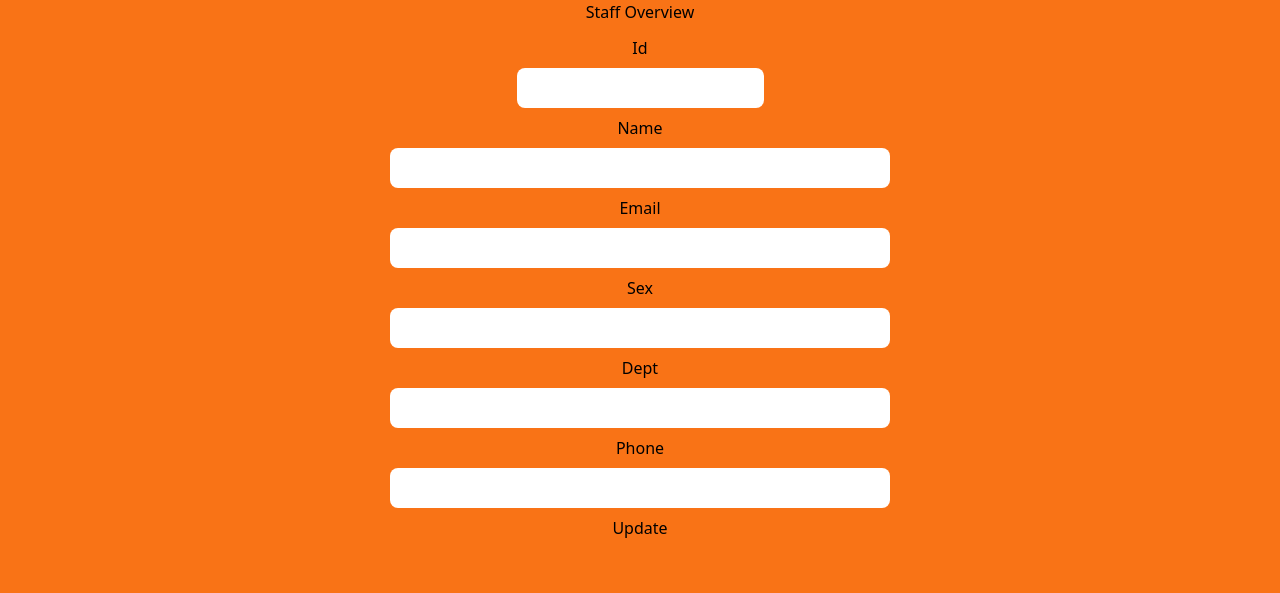
Repository: Semanmernstack/crud
Page: /employee/create
These files come from the project's save history. The page is drawn as it stood at one moment and after the next save; the edit follows.
The browser window is 1280 px wide. The pictures show the whole page.
The project was rebuilt for these pictures with package versions that can differ from the ones it lists, and the page was loaded fresh each time. Also part of the build but not shown: src/List.js, src/Details.js, src/Edit.js.

Above is the page before, as saved 2022-12-24 01:47:21.

After the next save:
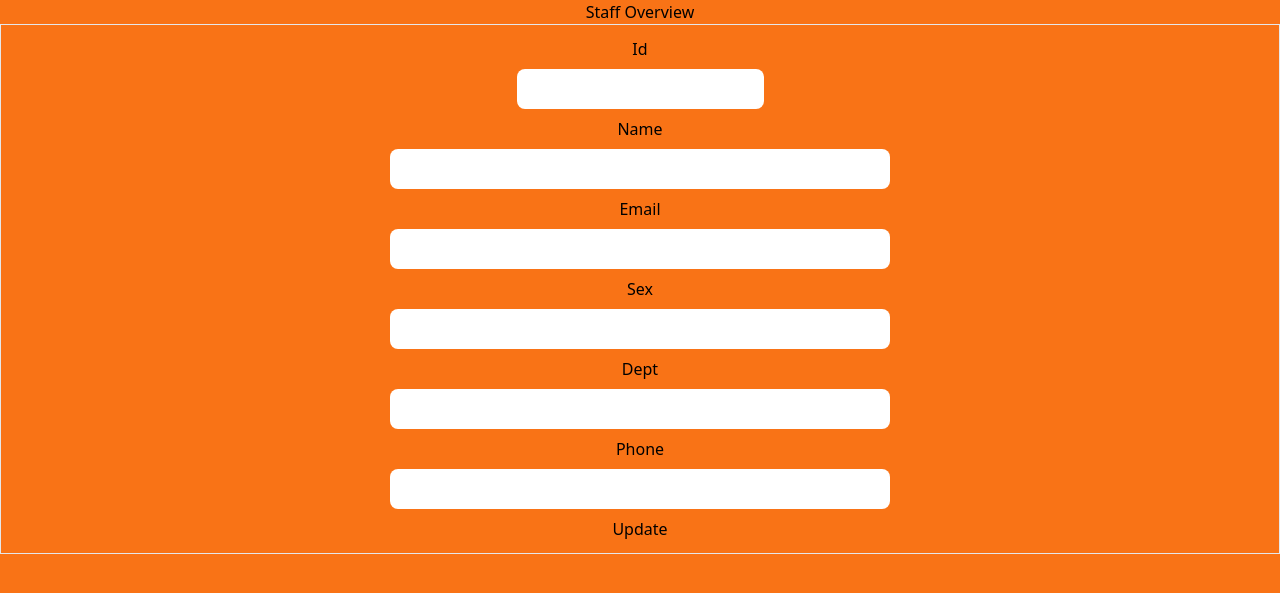
Saved 38 s later.
--- a/src/Create.js
+++ b/src/Create.js
@@ -7,7 +7,7 @@ function Create() {
             <p>Staff Overview</p>
         </div>
         <form className="">
-          <div className="flex text-center p-3 justify-center   items-center flex-col gap-2">
+          <div className="flex text-center p-3 justify-center border  items-center flex-col gap-2">
             <div className="flex flex-col  items-center">
               <span>Id</span>
               <input className='w-full mt-2 outline-none border-none p-2 rounded-lg'   type="text" />
